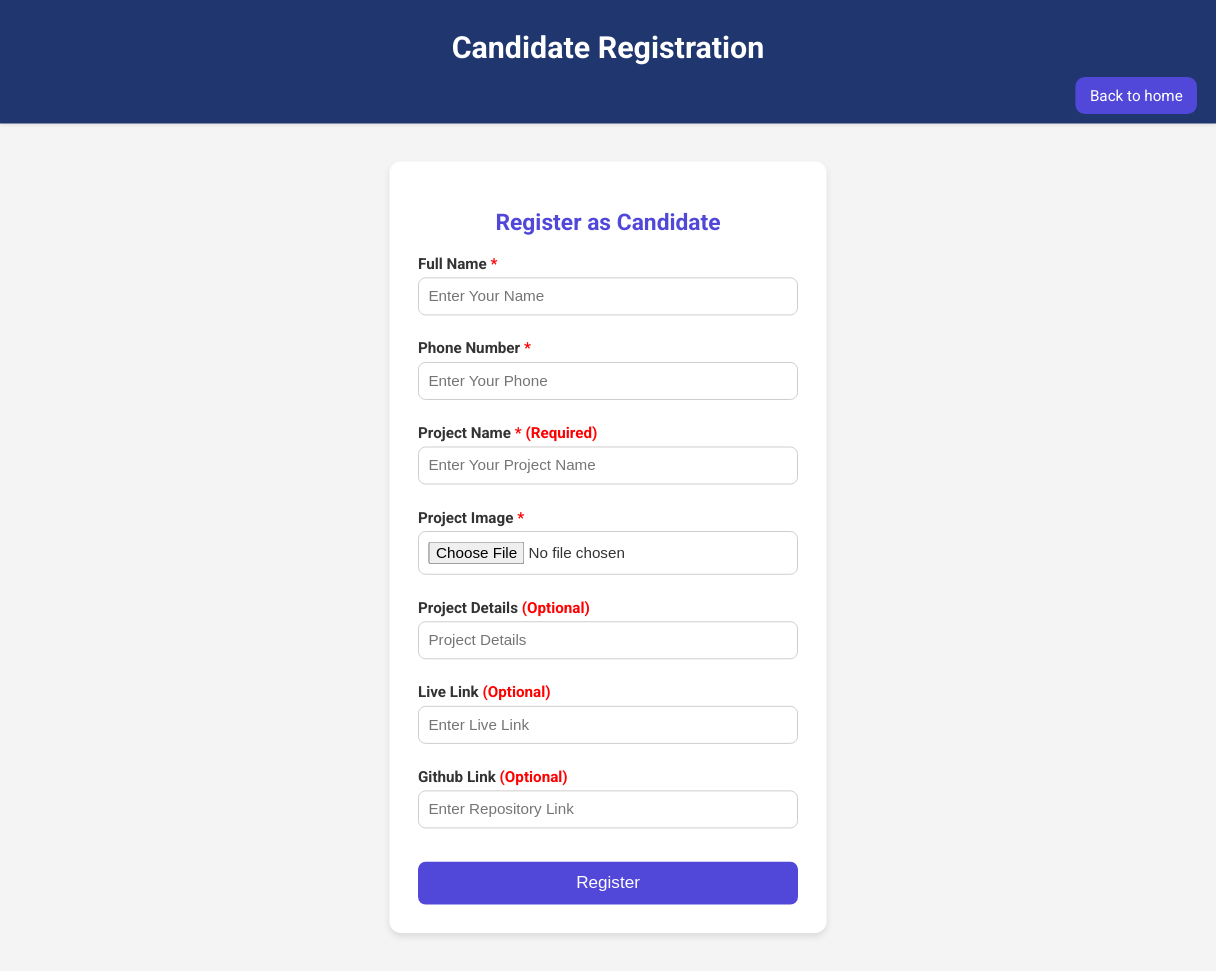
Repository: Pritom0701/voting_app
Page: /candidate-registration
The author's editor kept a copy of each file at every save. The page is drawn from the files as they stood at one save, then again after the next save.
The browser window is 1280 px wide. The pictures show the whole page, at 95% of full size.
The project was rebuilt for these pictures with package versions that can differ from the ones it lists, and the page was loaded fresh each time. Also part of the build but not shown: vite.config.js, src/index.css, src/Pages/Home.jsx, src/Pages/Result.jsx, src/Pages/Registration_voter.jsx.

Above is the page before, as saved 2025-04-28 22:57:56.

### src/main.jsx
import { StrictMode } from 'react'
import { createRoot } from 'react-dom/client'
import './index.css'
import {
  createBrowserRouter,
  RouterProvider,
} from "react-router-dom";
import Home from './Pages/Home.jsx'
import Result from './Pages/Result.jsx'
import Registration_voter from './Pages/Registration_voter.jsx'
import Registration_candidate from './Pages/Registration_candidate.jsx'
import { Toaster } from 'react-hot-toast';
// import Layout from './Layout/Layout.jsx';

const router = createBrowserRouter([
  {
    path: "/",
    element: <Home />
  },
  {
    path: "/result",
    element: <Result />
  },
  {
    path: "/voter-registration",
    element: <Registration_voter />
  },
  {
    path: "/candidate-registration",
    element: <Registration_candidate />
  }
  // {
  //   path: "/",
  //   element: <Layout />,
  //   children: [
  //     ,
  //   ]
  // }
]);

createRoot(document.getElementById('root')).render(
  <StrictMode>
    <RouterProvider router={router} />
    <Toaster />
  </StrictMode>,
)

### src/Pages/Registration_candidate.jsx
import React, { useState } from 'react';
import './Registration.css';
import { Link, useNavigate } from 'react-router-dom';
import axios from 'axios'; // You will need axios for API calls
import toast from 'react-hot-toast';

const Registration_candidate = () => {
    const BASE_URL = import.meta.env.VITE_API_BASE_URL;

    const [formData, setFormData] = useState({
        name: '',
        phone: '',
        pName: '',
        pImage: null,
        pDetails: '',
        liveLink: '',
        githubLink: '',
    });

    const navigate = useNavigate()

    const handleChange = (e) => {
        const { name, value, type, files } = e.target;
        if (type === 'file') {
            if (files.length > 0) {
                setFormData({ ...formData, [name]: files[0] }); // Fix here
            }
        } else {
            setFormData({ ...formData, [name]: value });
        }
    };


    const handleSubmit = async (e) => {
        e.preventDefault();

        const data = new FormData();
        data.append('name', formData.name);
        data.append('phone', formData.phone);
        data.append('pName', formData.pName);
        data.append('pImage', formData.pImage);
        data.append('pDetails', formData.pDetails);
        data.append('liveLink', formData.liveLink);
        data.append('githubLink', formData.githubLink);

        try {
            const response = await axios.post(`${BASE_URL}/candidate/register`, data, {
                headers: {
                    'Content-Type': 'multipart/form-data',
                },
            });
            console.log('Success:', response.data);
            toast.success('Submit Successfully!');
            navigate('/')
        } catch (error) {
            console.error('Error:', error);
            toast.error('Registration failed!');
        }
    };

    return (
        <div>
            <header>
                <h1>Candidate Registration</h1>
                <Link to="/">Back to home</Link>
            </header>

            <main className="container">
                <form className="registration-form" onSubmit={handleSubmit}>
                    <h2>Register as Candidate</h2>

                    <label htmlFor="fullname">Full Name <span>*</span></label>
                    <input type="text" id="fullname" required name="name" value={formData.name} onChange={handleChange} placeholder='Enter Your Name'/>

                    <label htmlFor="phone">Phone Number <span>*</span></label>
                    <input type="number" id="phone" required name="phone" value={formData.phone} onChange={handleChange} placeholder='Enter Your Phone' />

                    <label htmlFor="project-name">Project Name <span>* (Required)</span></label>
                    <input type="text" id="project-name" required name="pName" value={formData.pName} onChange={handleChange} placeholder='Enter Your Project Name'/>

                    <label htmlFor="project-image">Project Image <span>*</span></label>
                    <input type="file" id="project-image" required name="pImage" onChange={handleChange} />

                    <label htmlFor="project-details">Project Details <span>(Optional)</span></label>
                    <input type="text" id="project-details" name="pDetails" value={formData.pDetails} onChange={handleChange} placeholder='Project Details'/>

                    <label htmlFor="link">Live Link <span>(Optional)</span></label>
                    <input type="text" id="link" name="liveLink" value={formData.liveLink} onChange={handleChange} placeholder='Enter Live Link'/>

                    <label htmlFor="github-link">Github Link <span>(Optional)</span></label>
                    <input type="text" id="github-link" name="githubLink" value={formData.githubLink} onChange={handleChange} placeholder='Enter Repository Link'/>

                    <button type="submit" className="submit-btn">Register</button>
                </form>
            </main>
        </div>
    );
};

export default Registration_candidate;

### src/Pages/Home.css
@import url('https://fonts.googleapis.com/css2?family=Anonymous+Pro:ital,wght@0,400;0,700;1,400;1,700&family=Inter:ital,opsz,wght@0,14..32,100..900;1,14..32,100..900&family=Lexend:wght@100..900&family=Open+Sans:ital,wght@0,300..800;1,300..800&family=Roboto:ital,wght@0,100;0,300;0,400;0,500;0,700;0,900;1,100;1,300;1,400;1,500;1,700;1,900&family=Rubik+Mono+One&family=Rubik:ital,wght@0,300..900;1,300..900&display=swap');

body {
    margin: 0;
    padding: 0;
    font-family: "Roboto", sans-serif;
    background-color: #f4f4f4;
    color: #333;
    min-height: 100vh;
    display: flex;
    flex-direction: column;
}

header {
    background-color: rgb(32, 54, 110);
    color: white;
    padding-top: 10px;
    padding-bottom: 20px;
    box-shadow: 0 2px 4px rgba(0, 0, 0, 0.1);
}

header h1 {
    text-align: center;
}

header a {
    margin-right: 20px;
    text-decoration: none;
    background-color: rgb(81, 72, 217);
    color: rgb(255, 255, 255);
    text-align: end;
    padding: 10px 15px;
    border-radius: 10px;
}

header a:hover {
    background-color: rgb(47, 36, 209);
    color: rgb(255, 255, 255);
}

.containers {
    display: grid;
    grid-template-columns: 1.5fr 1fr;
    align-items: start;
    gap: 30px;
    padding: 40px;

}

.containers .information-container {
    background: white;
    padding: 20px;
    border-radius: 12px;
    box-shadow: 0 4px 6px rgba(0, 0, 0, 0.1);

}

.containers .information-container .info {
    margin-left: 10px;
    margin-right: 10px;
}

.containers .information-container .info img {
    border-radius: 10px;
}

.containers .information-container .vote-btn {
    margin-top: 40px;
    margin-left: 20px;
    padding: 10px 20px;
    background-color: rgb(81, 72, 217);
    border: none;
    border-radius: 8px;
    color: white;
    font-size: 16px;
    cursor: pointer;
    transition: 0.3s;
}

.containers .information-container .vote-btn:hover {
    background-color: rgb(47, 36, 209);
}

.containers .candidate-container {
    display: grid;
    grid-template-columns: 1fr 1fr;
    gap: 30px;
    height: 50%;
}

.containers .candidate-container .card {
    background: white;
    padding: 20px;
    border-radius: 12px;
    box-shadow: 0 4px 6px rgba(0, 0, 0, 0.1);
    text-align: center;
    height: 70%;
    transition: 0.3s;
}

.containers .candidate-container .card:hover {
    transform: translateY(-5px);
    box-shadow: 0 8px 12px rgba(0, 0, 0, 0.2);
}

.containers .candidate-container .card .info-btn {
    padding: 10px 20px;
    background-color: rgb(81, 72, 217);
    border: none;
    border-radius: 8px;
    color: white;
    font-size: 16px;
    cursor: pointer;
    transition: 0.3s;
}

.containers .candidate-container .card .info-btn:hover {
    background-color: rgb(47, 36, 209);
}

footer {
    background-color: rgb(32, 54, 110);
    color: white;
    text-align: center;
    padding: 10px 0;
    align-items: end;
}



/* Responsive Design for Tablets and Mobile */
@media (max-width: 860px) {
    header h1 {
        text-align: center;
        font-size: 24px;
    }
    header div{
        display: flex;
        gap: -100px;
    }
    header a {
        margin-left: 20px;
        text-decoration: none;
        font-size: 12px;
        text-align: center;
        background-color: rgb(81, 72, 217);
        color: rgb(255, 255, 255);
        padding: 10px 15px;
        border-radius: 10px;
    }
    .containers {
        grid-template-columns: 1fr; /* Stack vertically */
    }
    .containers .information-container .info {
        margin-left: 0px;
        margin-right: 0px;
    }

    .containers .candidate-container {
        grid-template-columns: 1fr 1fr; /* Two candidates side by side for tablets */
    }
    .containers .candidate-container .card{
        height: 80%;
    }
    .containers .candidate-container .card h2{
        font-size: 18px;
    }
}
/* this is a comment */

### src/Pages/Result.css
@import url('https://fonts.googleapis.com/css2?family=Anonymous+Pro:ital,wght@0,400;0,700;1,400;1,700&family=Inter:ital,opsz,wght@0,14..32,100..900;1,14..32,100..900&family=Lexend:wght@100..900&family=Open+Sans:ital,wght@0,300..800;1,300..800&family=Roboto:ital,wght@0,100;0,300;0,400;0,500;0,700;0,900;1,100;1,300;1,400;1,500;1,700;1,900&family=Rubik+Mono+One&family=Rubik:ital,wght@0,300..900;1,300..900&display=swap');
body {
    font-family: "Roboto", sans-serif;
    margin: 0;
    padding: 0;
    background-color: #f4f4f4;
    color: #333;
    min-height: 100vh;
    display: flex;
    flex-direction: column;
}

header {
    background-color: rgb(32, 54, 110);
    color: white;
    padding-top: 10px;
    padding-bottom: 20px;
    text-align: end;
    box-shadow: 0 2px 4px rgba(0,0,0,0.1);
}

header h1{
    text-align: center;
}

header a{
    margin-right: 20px;
    text-decoration: none;
    background-color: rgb(81, 72, 217);
    color: rgb(255, 255, 255);
    padding: 10px 15px;
    border-radius: 10px;
}

header a:hover{
    background-color: rgb(47, 36, 209);
    color: rgb(255, 255, 255);
}

.results-container {
    display: grid;
    grid-template-columns: 1fr 1fr 1fr;
    gap: 20px;
    padding: 40px;
    flex-grow: 1;
}

.result-card {
    background: white;
    padding: 20px;
    border-radius: 12px;
    height: 60%;
    box-shadow: 0 4px 6px rgba(0,0,0,0.1);
    text-align: center;
    transition: 0.3s;
}

.result-card:hover {
    transform: translateY(-5px);
    box-shadow: 0 8px 12px rgba(0,0,0,0.15);
}

.result-card h2 {
    margin-bottom: 10px;
    color: rgb(81, 72, 217);
}

.votes {
    font-size: 24px;
    font-weight: bold;
    color: #333;
}




@media (max-width: 860px) {
    .results-container {
        display: grid;
        grid-template-columns: 1fr;
        gap: 20px;
        padding: 40px;
        flex-grow: 1;
    }
}

### src/Pages/Registration.css
@import url('https://fonts.googleapis.com/css2?family=Anonymous+Pro:ital,wght@0,400;0,700;1,400;1,700&family=Inter:ital,opsz,wght@0,14..32,100..900;1,14..32,100..900&family=Lexend:wght@100..900&family=Open+Sans:ital,wght@0,300..800;1,300..800&family=Roboto:ital,wght@0,100;0,300;0,400;0,500;0,700;0,900;1,100;1,300;1,400;1,500;1,700;1,900&family=Rubik+Mono+One&family=Rubik:ital,wght@0,300..900;1,300..900&display=swap');
body {
    font-family: "Roboto", sans-serif;
    margin: 0;
    padding: 0;
    background-color: #f4f4f4;
    color: #333;
    min-height: 100vh;
    display: flex;
    flex-direction: column;
}

header {
    background-color: rgb(32, 54, 110);
    color: white;
    padding-bottom: 20px;
    padding-top: 10px;
    text-align: end;
    box-shadow: 0 2px 4px rgba(0,0,0,0.1);
}

header h1{
    text-align: center;
}

header a{
    margin-right: 20px;
    text-decoration: none;
    background-color: rgb(81, 72, 217);
    color: rgb(255, 255, 255);
    padding: 10px 15px;
    border-radius: 10px;
}

header a:hover{
    background-color: rgb(47, 36, 209);
    color: rgb(255, 255, 255);
}

.container {
    flex-grow: 1;
    display: flex;
    justify-content: center;
    align-items: center;
    padding: 40px;
}

.registration-form {
    background: white;
    padding: 30px;
    border-radius: 12px;
    box-shadow: 0 4px 8px rgba(0,0,0,0.1);
    width: 100%;
    max-width: 400px;
}

.registration-form h2 {
    text-align: center;
    margin-bottom: 20px;
    color: rgb(81, 72, 217);
}

.registration-form label {
    display: block;
    margin: 10px 0 5px;
    font-weight: bold;
}

.registration-form label span{
    color: red;
}

.registration-form input {
    width: 94.5%;
    padding: 10px;
    margin-bottom: 15px;
    border: 1px solid #ccc;
    border-radius: 8px;
    font-size: 16px;
}

.submit-btn {
    width: 100%;
    padding: 12px;
    margin-top: 20px;
    background-color: rgb(81, 72, 217);
    color: rgb(255, 255, 255);
    border: none;
    border-radius: 8px;
    font-size: 18px;
    cursor: pointer;
    transition: 0.3s;
}

.submit-btn:hover {
    background-color: rgb(47, 36, 209);
}

Loaded but not shown: index.html (common file)

After the next save:
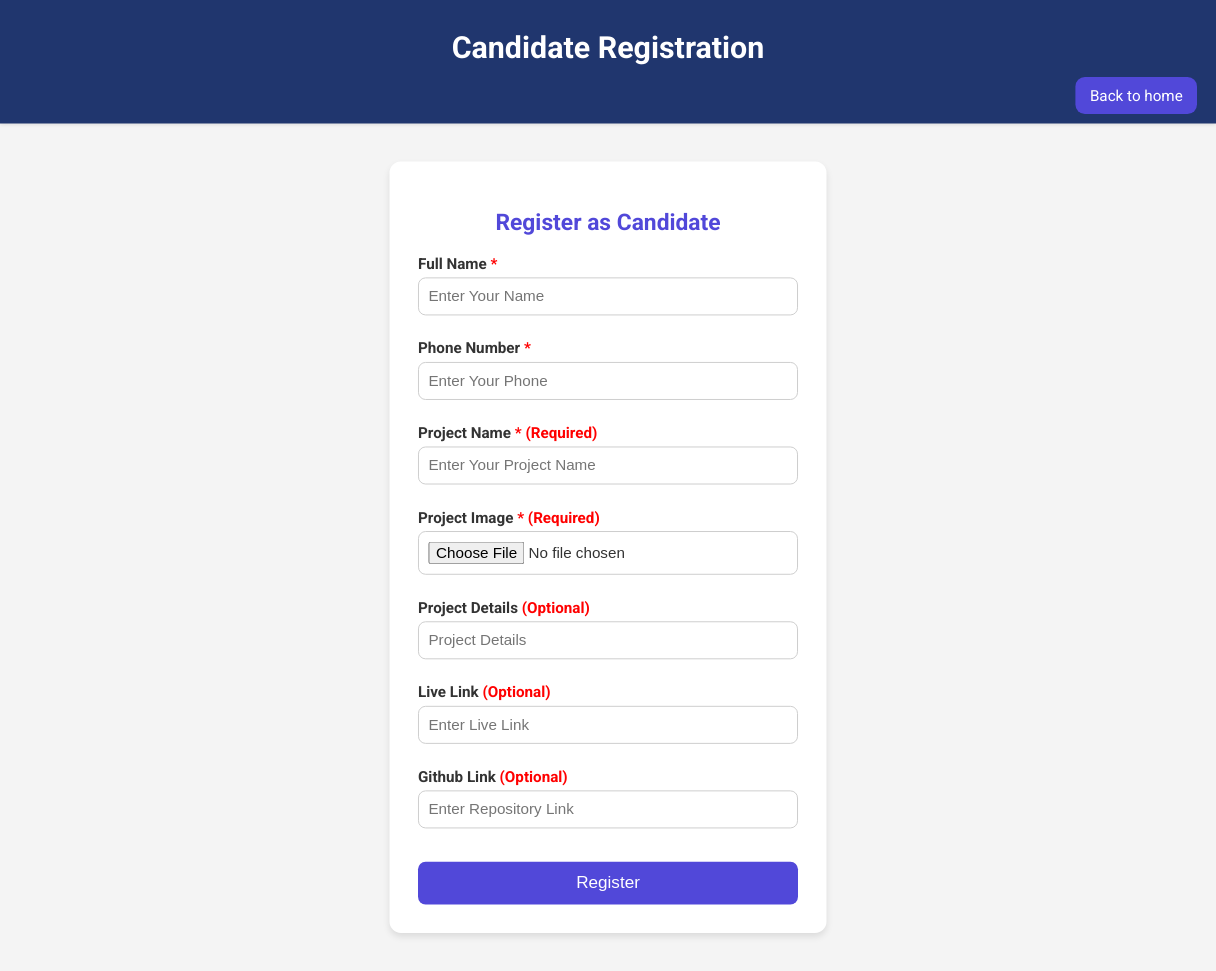
Saved 9 s later.
--- a/src/Pages/Registration_candidate.jsx
+++ b/src/Pages/Registration_candidate.jsx
@@ -78,7 +78,7 @@
                     <label htmlFor="project-name">Project Name <span>* (Required)</span></label>
                     <input type="text" id="project-name" required name="pName" value={formData.pName} onChange={handleChange} placeholder='Enter Your Project Name'/>
 
-                    <label htmlFor="project-image">Project Image <span>*</span></label>
+                    <label htmlFor="project-image">Project Image <span>* (Required)</span></label>
                     <input type="file" id="project-image" required name="pImage" onChange={handleChange} />
 
                     <label htmlFor="project-details">Project Details <span>(Optional)</span></label>
